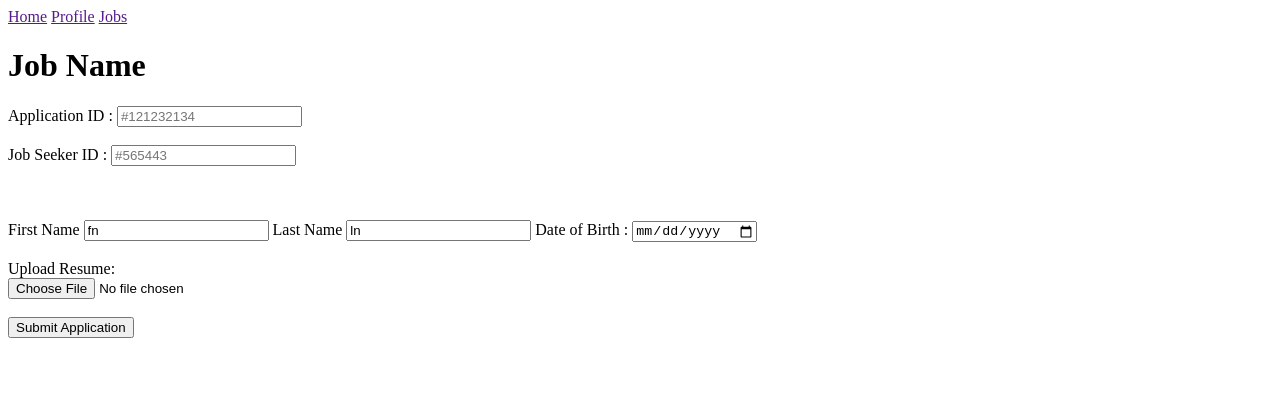
Repository: IT21221064/JobPortal
Page: http://localhost/JobApp/addProfile.jsp
An editor plug-in stored every save of this project. The page is shown before and after the next save, followed by the edit.
The browser window is 1280 px wide. The pictures show the whole page.
The page is served by Tomcat 9.

Above is the page before, as saved 2023-07-15 17:30:33.

### Project/JobApp/src/main/webapp/addProfile.jsp
<%@ page language="java" contentType="text/html; charset=ISO-8859-1"
    pageEncoding="ISO-8859-1"%>
<!DOCTYPE html>
<html>
<head>
<meta charset="ISO-8859-1">
<title>Insert title here</title>
</head>
<body>
<%@include file="nav.html" %>
<form method="post" action="#">
<h1>Job Name</h1>
<label for="aID">Application ID : </label>
<input type="text" name="aID" id="aID" placeholder="#121232134"><br><br>

<label for="jID">Job Seeker ID : </label>
<input type="text" name="jID" id="jID" placeholder="#565443"><br><br>

<div class="row">
<div class="col"></div>
<div class="col"><div class="row">
</div></div></div>
<br><br>


 <input value="id" type="hidden" name="user_id"/>
                <label>First Name</label>
                <input name="fname" value="fn " class="form-control" placeholder="First Name" />

                <label>Last Name</label>
                <input name="lname"  value="ln" class="form-control" placeholder="Last Name" />
<label for ="dob">Date of Birth : </label>
<input type="date" name="dob" id="dob"><br><br>

<label for="cv">Upload Resume: </label><br>

<input type="file" name="cv" id="cv"><br><br>

<input type="submit" value="Submit Application"><br><br>

</form>

</body>
</html>

### Project/JobApp/src/main/webapp/nav.html
<nav>
	<a href="">Home</a>
	<a href="">Profile</a>
	<a href="">Jobs</a>
</nav>

After the next save:
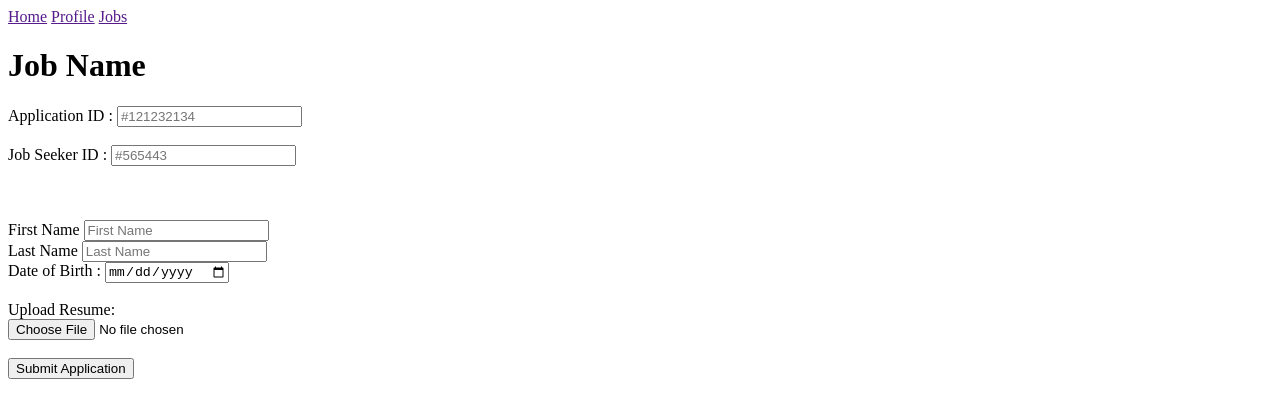
Saved 59 s later.
--- a/Project/JobApp/src/main/webapp/addProfile.jsp
+++ b/Project/JobApp/src/main/webapp/addProfile.jsp
@@ -25,10 +25,10 @@
 
  <input value="id" type="hidden" name="user_id"/>
                 <label>First Name</label>
-                <input name="fname" value="fn " class="form-control" placeholder="First Name" />
+                <input name="fname" class="form-control" placeholder="First Name" /><br>
 
                 <label>Last Name</label>
-                <input name="lname"  value="ln" class="form-control" placeholder="Last Name" />
+                <input name="lname"  class="form-control" placeholder="Last Name" /><br>
 <label for ="dob">Date of Birth : </label>
 <input type="date" name="dob" id="dob"><br><br>
 
